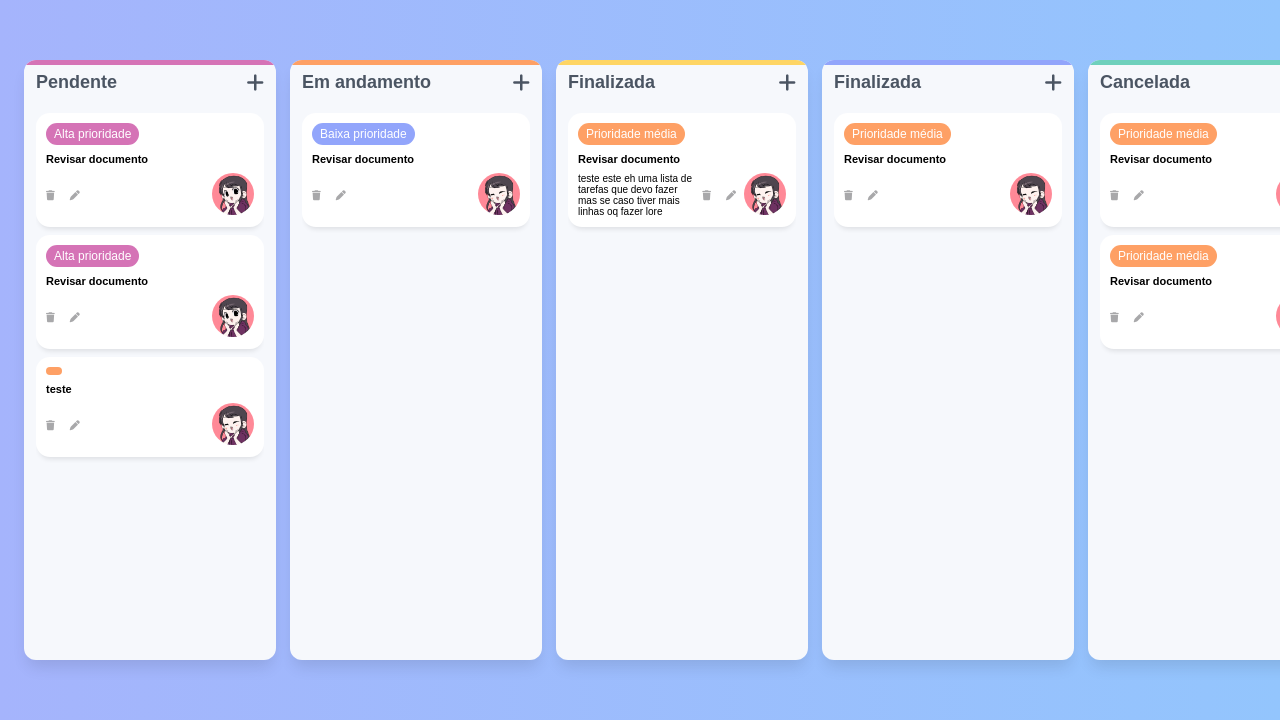
Repository: Marinalr-25/ProjetoToDoList
Page: index.html
An editor plug-in stored every save of this project. The page is shown before and after the next save, followed by the edit.
The browser window is 1280 px wide. The pictures show the whole page.
Empty fields were first filled with sample values (such as "Sample", 5 or name@example.com).
After loading, the first visible `button.botao` was clicked once.
Some web fonts or font styles are not loaded; a fallback is used. Some web libraries are served in a nearby version.

Above is the page before, as saved 2024-11-01 12:13:05.

After the next save:
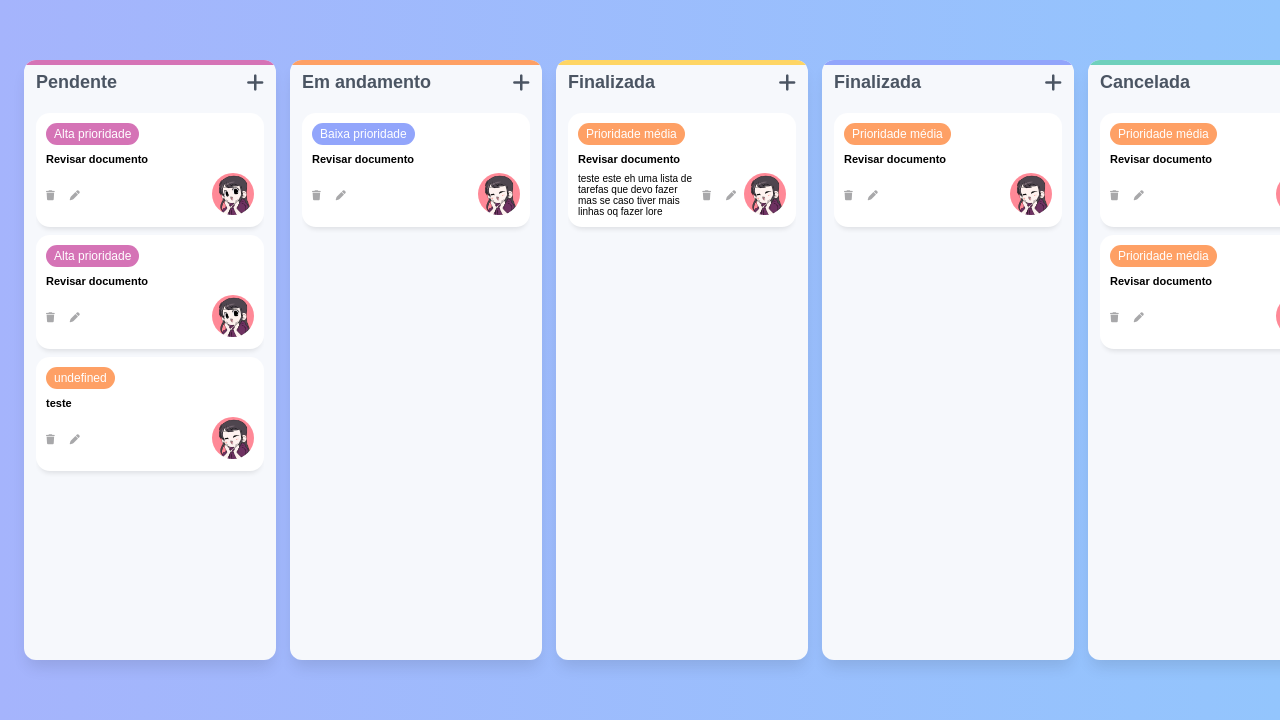
Saved 2 min 46 s later.
--- a/javascript/script.js
+++ b/javascript/script.js
@@ -49,6 +49,12 @@ document.addEventListener('DOMContentLoaded', function () {
     });
   });
 
+  function corPrioridade(selecionadoPrioridade) {
+    if (selecionadoPrioridade.textContent === 'Alta Prioridade') {
+      badge.classList.add('.high');
+    }
+  }
+
   mais.forEach((adicionar) => {
     adicionar.addEventListener('click', function () {
       adicionando.style.display = 'flex';
@@ -67,7 +73,7 @@ document.addEventListener('DOMContentLoaded', function () {
 
     novoCard.innerHTML = `
         <div class="badge medium">
-            <span>${selecionadoPrioridade} </span>
+            <span>${corPrioridade(selecionadoPrioridade)} </span>
         </div>
         <p class="card-title">teste</p>
         <div class="card-infos">
